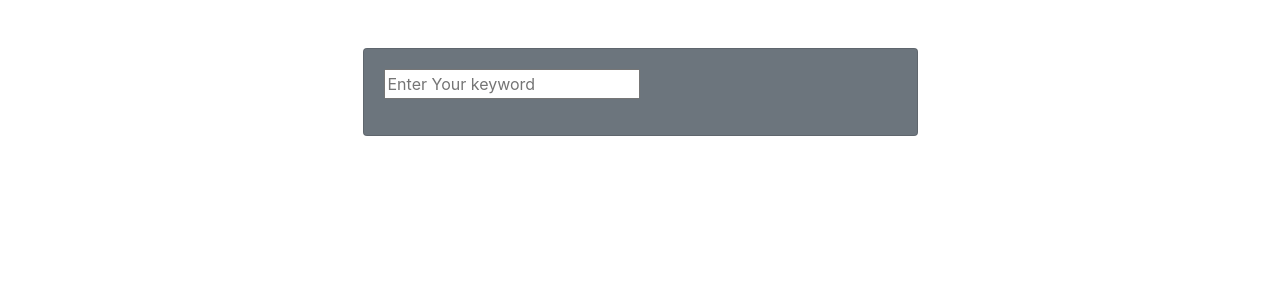
Repository: priyaadya/spring-practice-codes
Page: http://localhost/SearchPageMvc/home
An editor plug-in stored every save of this project. The page is shown before and after the next save, followed by the edit.
The browser window is 1280 px wide. The pictures show the whole page.
Some web libraries are served in a nearby version. The page is served by Tomcat 9.

Above is the page before, as saved 2023-06-04 18:13:49.

After the next save:
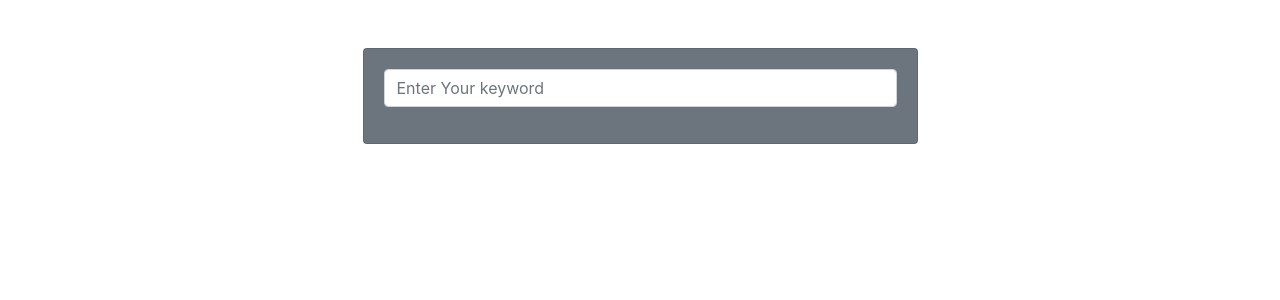
Saved 97 s later.
--- a/SearchPageMvc/src/main/webapp/WEB-INF/views/home.jsp
+++ b/SearchPageMvc/src/main/webapp/WEB-INF/views/home.jsp
@@ -17,7 +17,7 @@
  <form>
  <div class="form-group">
  <input type="text" name="querybox" placeholder="Enter Your keyword"
- class="form-controller">
+ class="form-control">
 
 
  </div>
